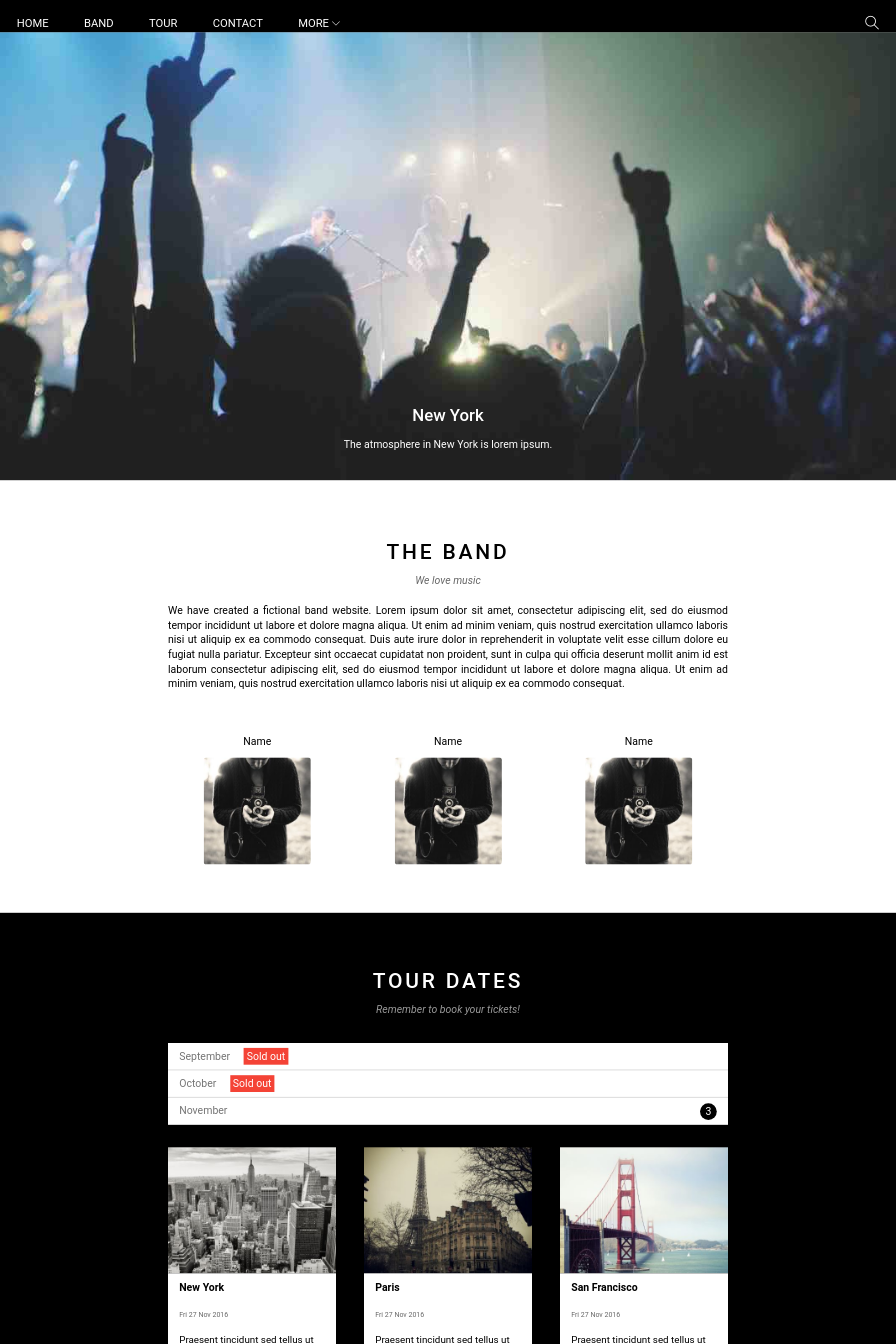
Repository: vuongld315/myLandingPage
Page: index.html
The author's editor kept a copy of each file at every save. The page is drawn from the files as they stood at one save, then again after the next save.
The browser window is 1280 px wide. The pictures show the part of the page from y = 0 to 1920 px (the page is 3428 px tall before and 3484 px after), at 70% of full size.

Above is the page before, as saved 2022-07-29 12:45:02.

After the next save:
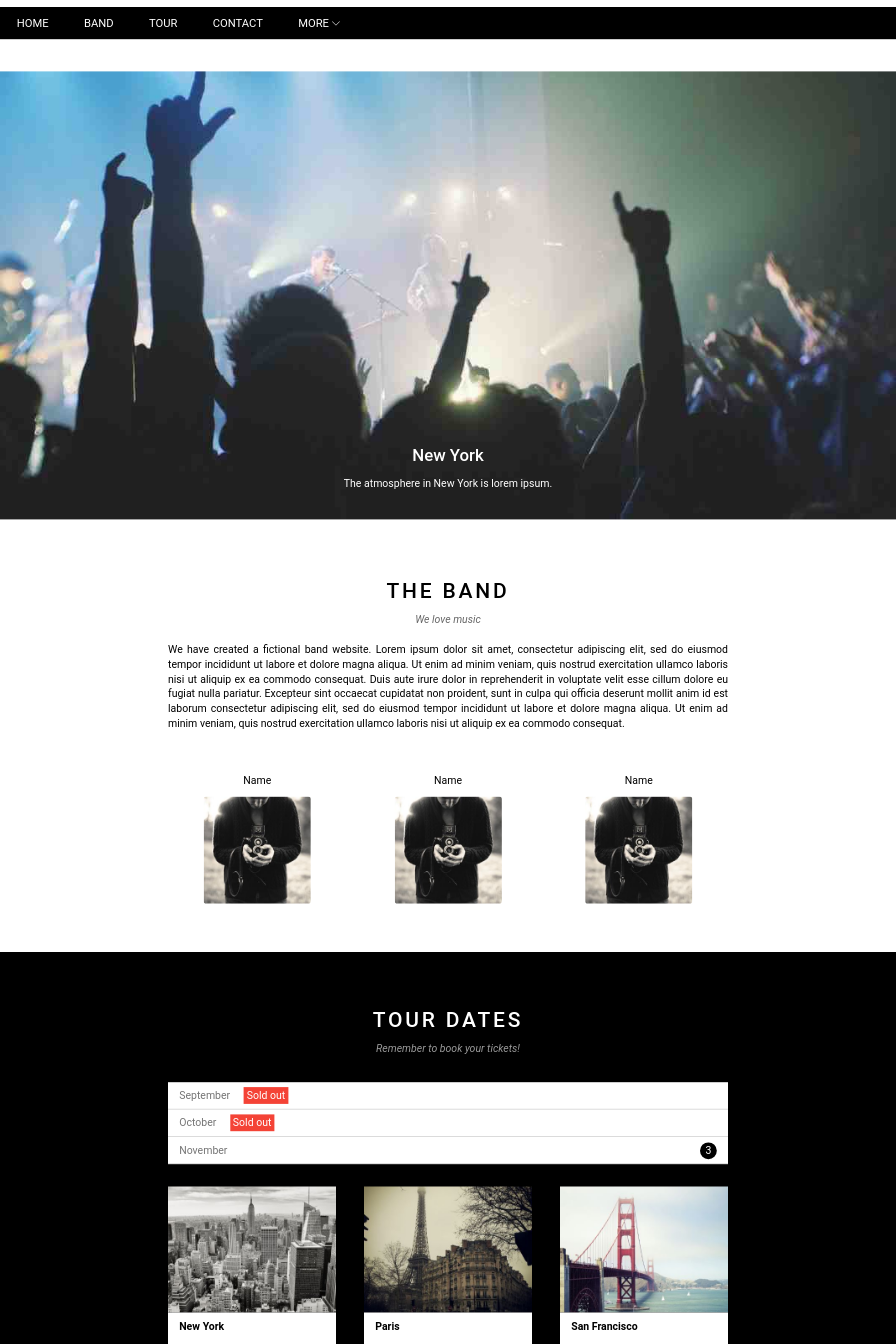
Saved 9 s later.
--- a/assets/css/main.css
+++ b/assets/css/main.css
@@ -6,11 +6,11 @@
 #header {
     height: 46px;
     background-color: #000;
-    display: flex;
+    /* display: flex;
     align-items: center;
     justify-content: space-between;
     flex-wrap: wrap;
-    position: fixed;
+    position: fixed; */
     top: 0;
     right: 0;
     left: 0;

After the 2 saves that followed:
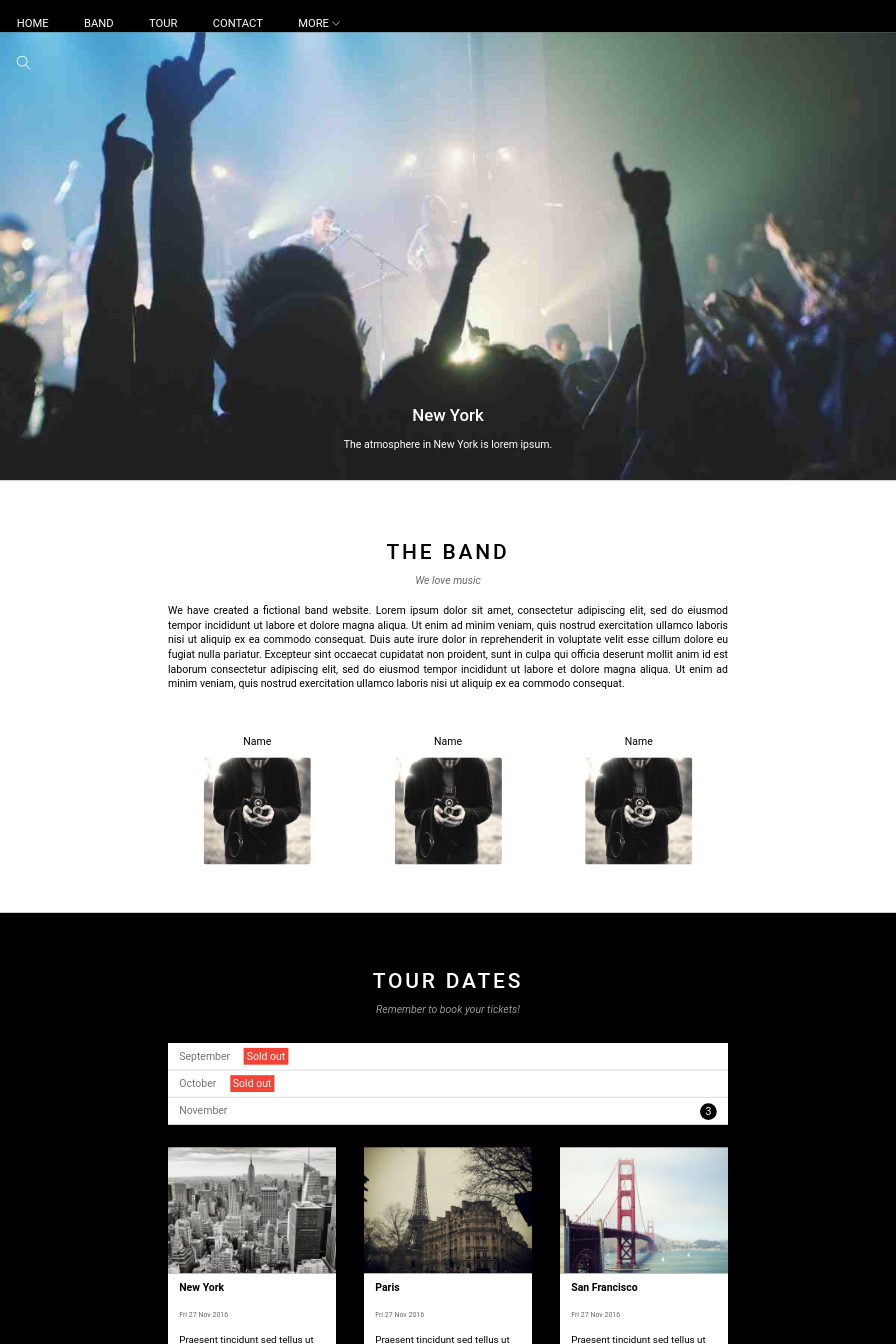
The 2 saves are shown as one change because they came seconds apart.
The last was saved 9 s later.
--- a/assets/css/main.css
+++ b/assets/css/main.css
@@ -9,8 +9,8 @@
     /* display: flex;
     align-items: center;
     justify-content: space-between;
-    flex-wrap: wrap;
-    position: fixed; */
+    flex-wrap: wrap; */
+    position: fixed;
     top: 0;
     right: 0;
     left: 0;
